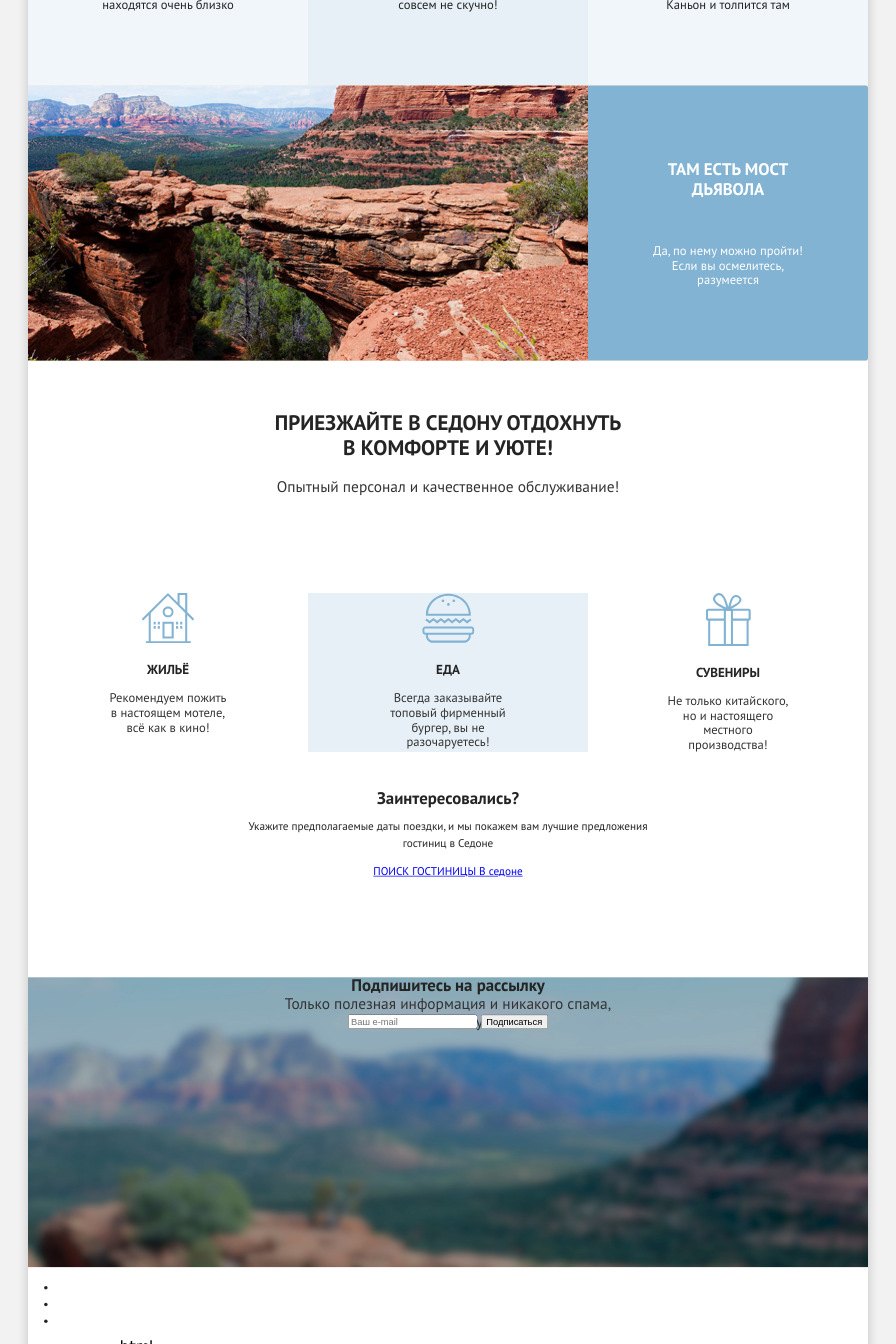
Repository: zakhgagne/2512253-sedona-1
Page: index.html
The author's editor kept a copy of each file at every save. The page is drawn from the files as they stood at one save, then again after the next save.
The browser window is 1280 px wide. The pictures show the part of the page from y = 1473 to 3393 px (the page is 3427 px tall), at 70% of full size.

Above is the page before, as saved 2024-05-11 19:01:01.

### index.html
<!DOCTYPE html>
<html lang="ru">

  <head>
    <meta charset="utf-8">
    <title>Сайт города Седона</title>
    <link rel="stylesheet" href="styles/styles.css">
  </head>

  <body>
    <div class="container">
      <header class="header">
        <a class="logo-link" href="#">
          <img class="logo-image" src="./images/logo.svg" alt="Любимая Седона" width="" height="">
        </a>
        <nav class="navigation">
          <ul class="main-menu">
            <li class="menu-item">
              <a href="./index.html" class="menu-link">Главная</a>
            </li>
            <li class="menu-item">
              <a href="#" class="menu-link">О Седоне</a>
            </li>
            <li class="menu-item">
              <a href="./catalog.html" class="menu-link">Гостиницы</a>
            </li>
          </ul>
          <ul class="user-menu">
            <li class="user-menu-item">
              <a href="#" class="user-menu-link">
                <span class="visually-hidden">Поиск</span>
              </a>
            </li>
            <li class="user-menu-item">
              <a href="#" class="user-menu-link">
                <span class="visually-hidden">Избранное</span>
                <span class="like-number">12</span>
              </a>
            </li>
            <li class="user-menu-item">
              <a href="#" class="user-menu-link">Хочу сюда!</a>
            </li>
          </ul>
        </nav>
      </header>
      <main class="main-container">
        <h1 class="visually-hidden">Cайт города Седона</h1>
        <section class="welcome">
          <h2 class="visually-hidden">Приглашение</h2>
          <img src="./images/welcome.svg" class="welcome-image" width="" height="" alt="Welcome">
        </section>

        <section class="city">
          <h2 class="city-title">Седона — небольшой городок в Аризоне, заслуживающий большего!</h2>
          <p class="city-subtitle">Рассмотрим причины, по которым Седона круче, чем Гранд-Каньон!</p>

          <ul class="reason-list">
            <li class="reason-item reason-item-special">
              <div class="reason-container">
                <h3 class="reason-title">Настоящий городок</h3>
                <p class="reason-text">Седона — не аттракцион для туристов, там течёт своя жизнь</p>
              </div>
              <img src="./images/photo-1.jpg" class="reason-image" width="" height="">
            </li>
            <li class="reason-item">
              <div class="reason-container">
                <h3 class="reason-title">Небольшая площадь</h3>
                <p class="reason-text">Все достопримечательности находятся очень близко</p>
              </div>
            </li>
            <li class="reason-item">
              <div class="reason-container">
                <h3 class="reason-title">Красивая дорога</h3>
                <p class="reason-text">Ехать в Седону из Лас-Вегаса совсем не скучно!</p>
              </div>
            </li>
            <li class="reason-item">
              <div class="reason-container">
                <h3 class="reason-title">Мало туристов</h3>
                <p class="reason-text">Большинство едет в Гранд Каньон и толпится там</p>
              </div>
            </li>
            <li class="reason-item reason-item-special">
              <img src="./images/photo-2.jpg" class="reason-image" width="" height="">
              <div class="reason-container">
                <h3 class="reason-title">Там есть мост дьявола</h3>
                <p class="reason-text">Да, по нему можно пройти! Если вы осмелитесь, разумеется</p>
              </div>
            </li>
          </ul>
        </section>

        <section class="city-welcome">
          <h2 class="desription">Приезжайте в Седону отдохнуть в комфорте и уюте!</h2>
          <p class="simple-text">Опытный персонал и качественное обслуживание!</p>
          <div class="container-city-welcome">
            <ul class="comfort-list">
              <li class="comfort-item">
                <img src="./images/advantage-icon-home.svg" class="reason-image" width="" height="">
                <h3 class="comfort-title">Жильё</h3>
                <p class="comfort-text">Рекомендуем пожить в настоящем мотеле, всё как в кино!</p>
              </li>
              <li class="comfort-item">
                <img src="./images/advantage-icon-food.svg" class="reason-image" width="" height="">
                <h3 class="comfort-title">Еда</h3>
                <p class="comfort-text">Всегда заказывайте топовый фирменный бургер, вы не разочаруетесь!</p>
              </li>
              <li class="comfort-item">
                <img src="./images/advantage-icon-gift.svg" class="reason-image" width="" height="">
                <h3 class="comfort-title">Сувениры</h3>
                <p class="comfort-text">Не только китайского, но и настоящего местного производства!</p>
              </li>
            </ul>
          </div>
        </section>

        <section class="interest">
          <h2 class="desription">Заинтересовались?</h2>
          <p class="simple-text2">Укажите предполагаемые даты поездки, и мы покажем вам лучшие предложения гостиниц в
            Седоне</p>
          <a href="#" class="button-search-motel">ПОИСК ГОСТИНИЦЫ В седоне</a>
        </section>

      </main>

      <footer>
        <section class="news-letter">
          <h2 class="desription">Подпишитесь на рассылку</h2>
          <p class="simple-text">Только полезная информация и никакого спама, честное бойскаутское!</p>

          <form class="subscribe-form" action="https://echo.htmlacademy.ru/" method="post">
            <input class="field" placeholder="Ваш e-mail" type="email" name="distribution-email" required>
            <button class="subscribe-form-button" type="submit">Подписаться</button>
          </form>
        </section>
        <div class="footer-container">
          <section class="contacts">
            <h2 class="visually-hidden">Контакты</h2>
            <ul class="contact-list">
              <li class="contact-list-item">
                <a href="#" class="contact-list-link">
                  <p class="visually-hidden">Вконтакте</p>
                </a>
              </li>
              <li class="contact-list-item">
                <a href="#" class="contact-list-link">
                  <p class="visually-hidden">Телеграм</p>
                </a>
              </li>
              <li class="contact-list-item">
                <a href="#" class="contact-list-link">
                  <p class="visually-hidden">Ютуб</p>
                </a>
              </li>
            </ul>
            <a class="footer-contacts-address-phone" href="tel:+78005558628">+7 800 555-86-28</a>
            <a class="htmlacademy-link" href="https://htmlacademy.ru/">
              <img src="./images/logo-academy.svg" width="" height="" alt="Академия">
            </a>
          </section>
        </div>
      </footer>
    </div>
  </body>

</html>

### styles/styles.css
@font-face {
  font-family: "PT Sans";
  font-style: normal;
  font-weight: 400;
  src: url("../fonts/ptsans-400.woff2") format("woff2");
  font-display: swap;
}

@font-face {
  font-family: "PT Sans";
  font-style: normal;
  font-weight: 700;
  src: url("../fonts/ptsans-700.woff2") format("woff2");
  font-display: swap;
}


body {
  margin: 0;
  font-family: "PT Sans", "Arial", sans-serif;
  font-size: 16px;
  line-height: 24px;
  color: #242424;
  background-color: #f2f2f2;
}

.visually-hidden {
  display: none;
}

.container {
  width: 1200px;
  margin: 0 auto;
  background-color: #ffffff;
  box-shadow: 0 0 15px rgba(0, 0, 0, 0.2);
}

.header {
  background-color: #ffffff;
  position: relative;
  padding: 0 68px 0 238px;
}

.logo-link {
  position: absolute;
  top: 0;
  left: 70px;
}

.logo-image {}

.navigation {
  display: flex;
  justify-content: space-between;
}

.main-menu {
  padding: 0;
  margin: 0;
  list-style: none;
  display: flex;
  width: 500px;
  flex-wrap: wrap;
}

.menu-item {}

.menu-link {
  font-size: 20px;
  font-weight: 700;
  line-height: 24px;
  color: #000000;
  text-decoration: none;
  display: block;
  padding: 20px 16px;

}

.menu-item:nth-child(1) {
  /* background-color: red; */
}

.menu-item:nth-child(2) {
  /* background-color: blue; */
}

.menu-item:nth-child(3) {
  /* background-color: red; */
}

.user-menu {
  padding: 0;
  margin: 0;
  list-style: none;
  display: flex;
}

.welcome {
  background-color: #aec5d1;
  background-image: url("../images/white-crown.svg"), url("../images/index-background.jpg");
  background-repeat: no-repeat;
  background-position: center bottom, center top;
  background-size: 1200px 57px, cover;
  padding-top: 51px;
  padding-bottom: 82px;
  min-height: 352px;
}

.welcome-image {
  display: block;
  margin: 0 auto;
}

.city {
  text-align: center;
  padding-top: 70px;
}

.city-title {
  padding: 0;
  margin: 0 auto 24px;
  font-size: 30px;
  font-weight: 700;
  line-height: 36px;
  text-transform: uppercase;
  width: 750px;

}

.city-subtitle {
  padding: 1px;
  margin: 0 auto 87px;
  font-size: 22px;
  font-weight: 400;
  line-height: 26px;
  width: 750px;
}

.reason-list {
  display: flex;
  justify-content: space-between;
  text-align: center;
  padding: 0;
  margin: 0;
  list-style: none;
  flex-wrap: wrap;
}

.reason-item {
  display: flex;
  background-color: bisque;
}

.reason-container {
  width: 400px;
  padding-top: 106px;
  padding-bottom: 105px;
}

.reason-title {
  margin: 0 auto 63px;
  padding: 0;
  font-size: 24px;
  font-weight: 700;
  line-height: 28px;
  width: 175px;
  text-transform: uppercase;

}

.reason-text {
  padding: 0;
  margin: 0 auto;
  font-size: 18px;
  font-weight: 400;
  line-height: 21px;
  width: 231px;
}

.reason-item:nth-child(2n) {
  background-color: #f0f6fa;
}

.reason-item:nth-child(3n) {
  background-color: #e6f0f6;
}

.reason-item-special .reason-container {
  background-color: #82B3D3;
  border-radius: 0px 4px 4px 0px;
  color: #FFFFFF;

}

.comfort-list {
  display: flex;
  justify-content: space-between;
  text-align: center;
  padding: 0;
  margin: 0;
  list-style: none;
}

.comfort-item {
  width: 400px;
}
.comfort-item:nth-child(2n){
  background-color: #e6f0f6;
}
.interest {
  text-align: center;
  margin: 54px auto;
  height: 214px;
  width: 592px;
}

.desription {
  padding: 0;
  margin: 0;
}

.footer-container {
  display: flex;
  margin: 0 auto;
}


.news-letter {
  background-image: url("../images/subscribe.jpg");
  background-repeat: no-repeat;
  min-height: 414px;
  text-align: center;

  /*width: 684px;*/
}

.city-welcome {
  text-align: center;
  padding-top: 70px;
}

.city-welcome .desription {
  padding: 0;
  margin: 0 auto 24px;
  font-size: 30px;
  font-weight: 700;
  line-height: 36px;
  text-transform: uppercase;
  width: 500px;
}

.simple-text {

  padding: 0;
  margin: 0 auto;
  width: 490px;
  height: 26px;

  /* Texts/Text basic */
  font-weight: 400;
  font-size: 22px;
  line-height: 26px;
  /* identical to box height, or 118% */
  /* Texts/second */
  color: #333333;
}

.container-city-welcome {

  text-align: center;
  padding-top: 140px;
}

.comfort-text {
  font-weight: 400;
  font-size: 18px;
  line-height: 21px;
  color: #333333;
  flex: none;
  order: 2;
  align-self: stretch;
  flex-grow: 0;
  width: 175px;
  margin: 0 auto;
  padding: 0;
}
.comfort-title {
text-transform: uppercase;
}

.button-search-motel{
  margin: 0 auto 0;
  padding: 0;
}

After the next save:
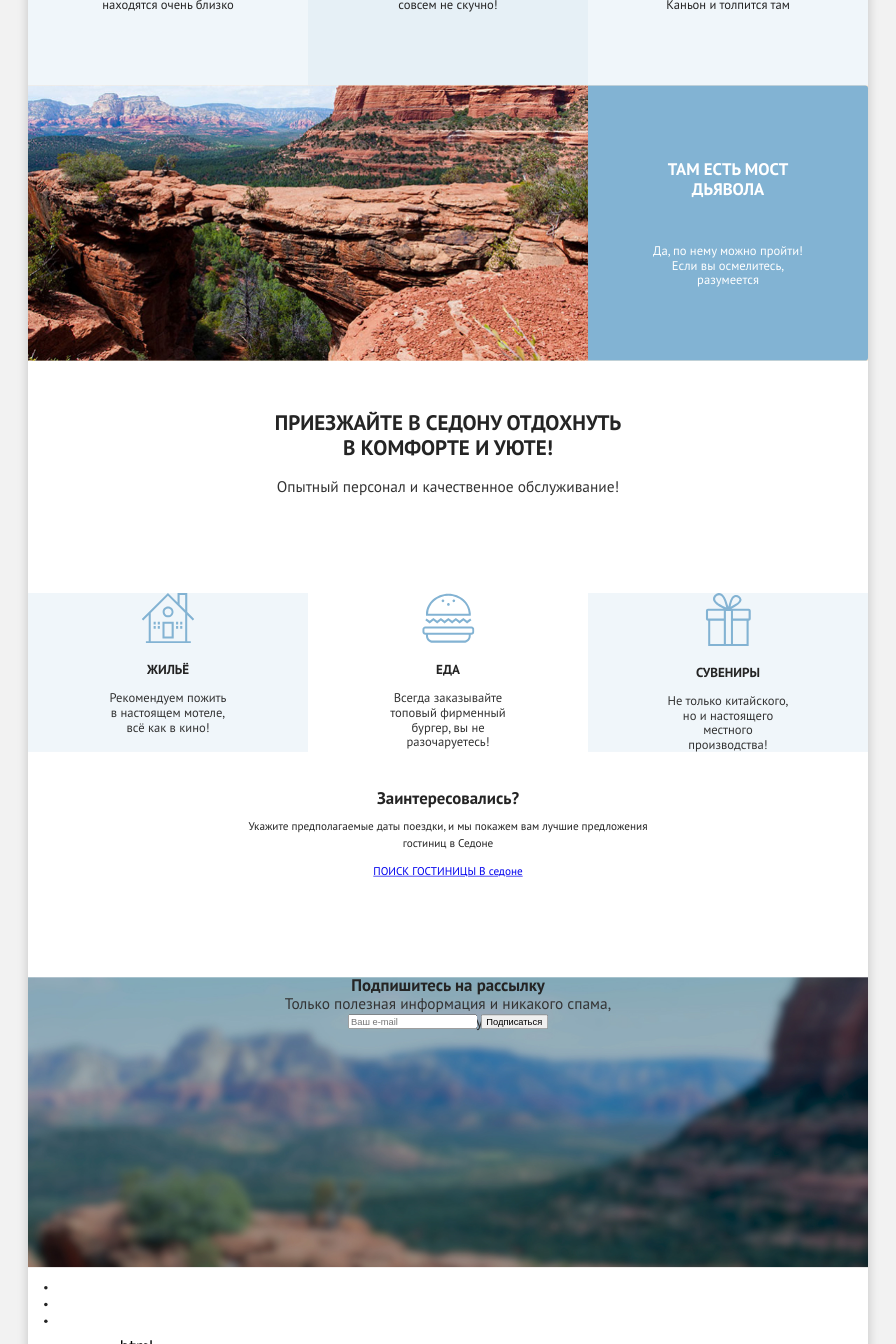
Saved 7 min 49 s later.
--- a/styles/styles.css
+++ b/styles/styles.css
@@ -205,8 +205,12 @@ body {
   width: 400px;
 }
 .comfort-item:nth-child(2n){
-  background-color: #e6f0f6;
-}
+  background-color: #ffffff;
+}
+.comfort-item:nth-child(odd) {
+  background-color: #f0f6fa;
+}
+
 .interest {
   text-align: center;
   margin: 54px auto;
